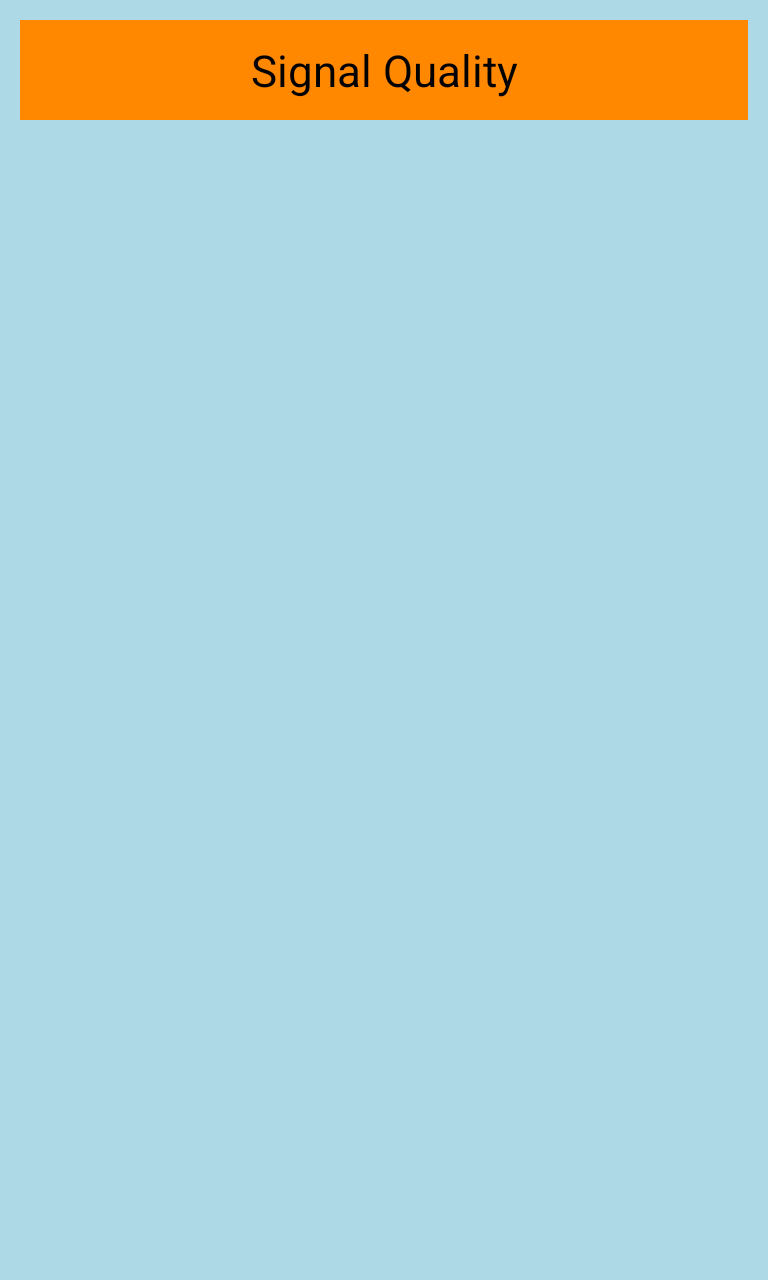
Repository: sbobhate/Android-Applications
Layout: EWBProject/res/layout/fragment2.xml
The author's editor kept a copy of each file at every save. The layout is drawn from the files as they stood at one save, then again after the next save.
It is drawn on a 768 x 1280 px phone screen (xhdpi) without system bars, with theme AppTheme; the app's code is not run.

Above is the layout before, as saved 2014-02-22 02:39:09.

After the next save:
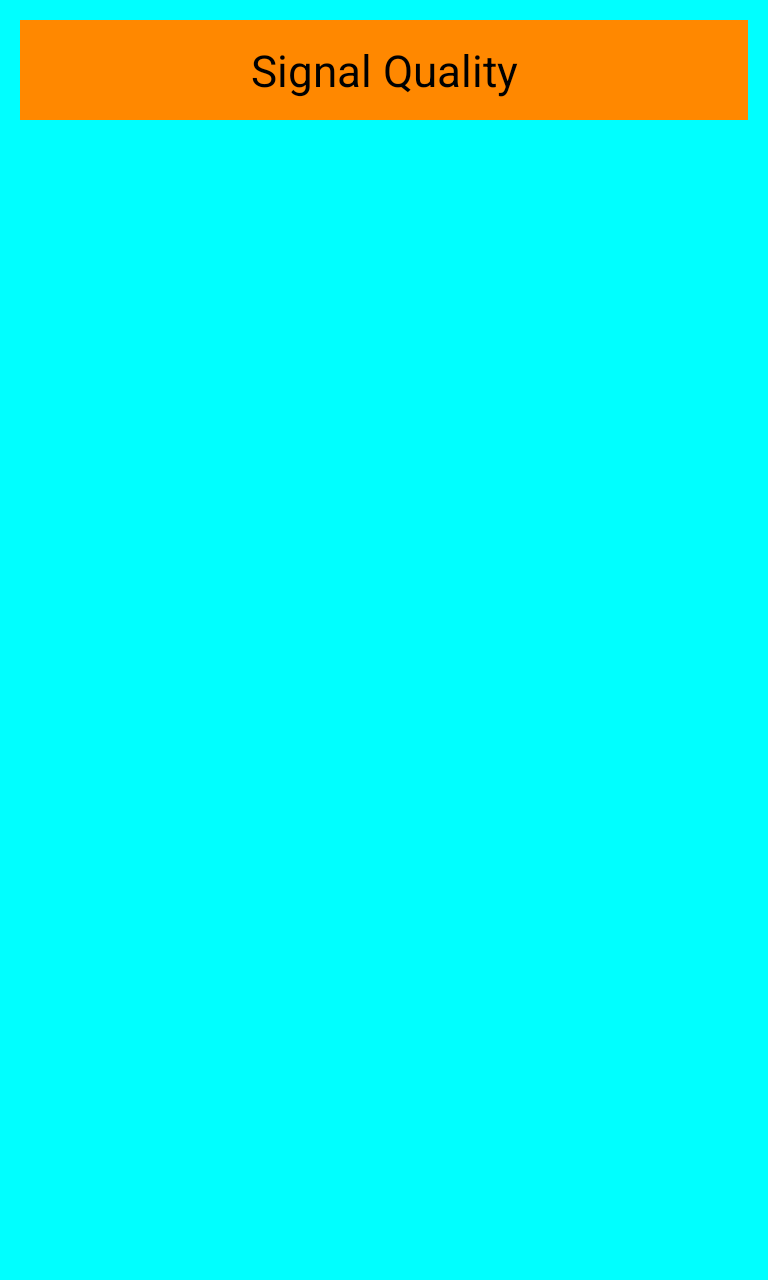
Saved 40 s later.
--- a/EWBProject/res/layout/fragment2.xml
+++ b/EWBProject/res/layout/fragment2.xml
@@ -2,7 +2,7 @@
 <RelativeLayout xmlns:android="http://schemas.android.com/apk/res/android"
     android:layout_width="match_parent"
     android:layout_height="match_parent"
-    android:background="#ADD8E6" >
+    android:background="#00FFFF" >
 
     <TextView
         android:id="@+id/title2"
